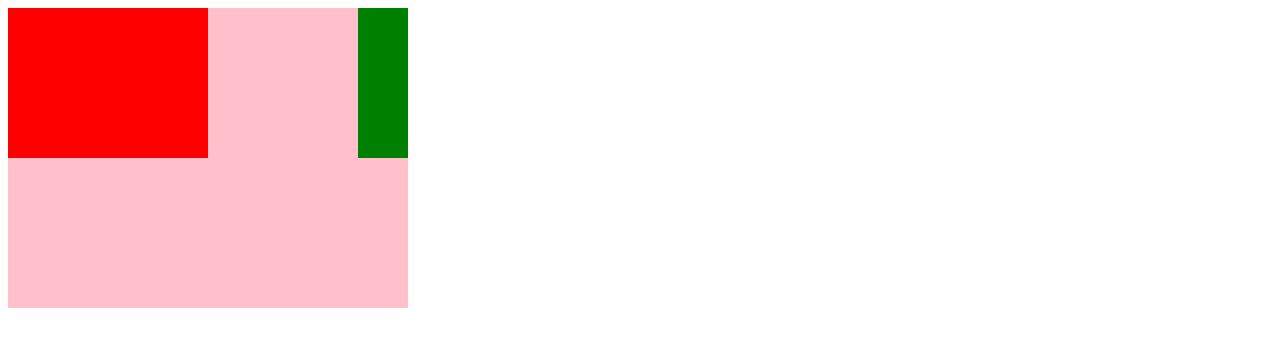
Repository: seleniadelgado/meda-spring2020-angie
Page: practice/css/week_4/grid.html
The author's editor kept a copy of each file at every save. The page is drawn from the files as they stood at one save, then again after a run of saves.
The browser window is 1280 px wide. The pictures show the whole page.

Above is the page before, as saved 2020-02-13 12:43:30.

After the next 2 saves:
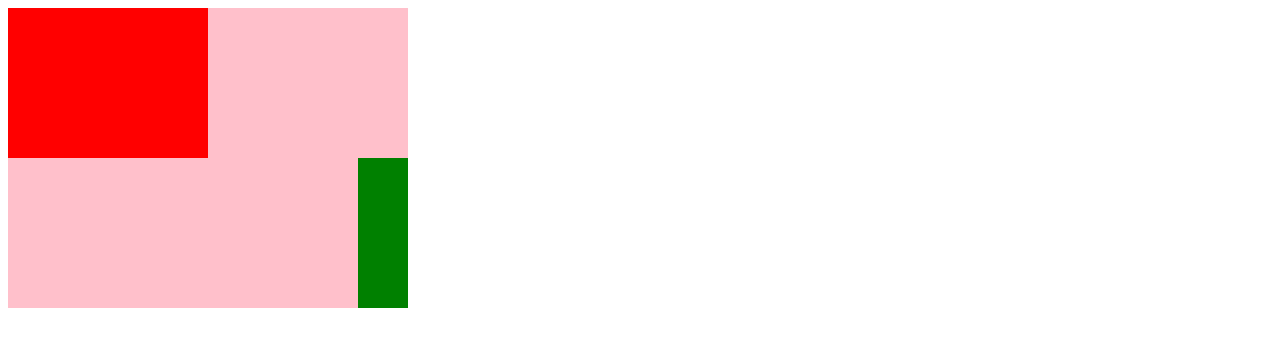
The 2 saves are shown as one change because they came seconds apart.
The last was saved 32 s later.
--- a/practice/css/week_4/grid.html
+++ b/practice/css/week_4/grid.html
@@ -24,7 +24,8 @@
         background-color: green;
         grid-column-start: 4;
         grid-column-end: 5;
-
+        grid-row-start: 1;
+        grid-row-start: 2;
     }
 </style>
 </head>

After the save that followed:
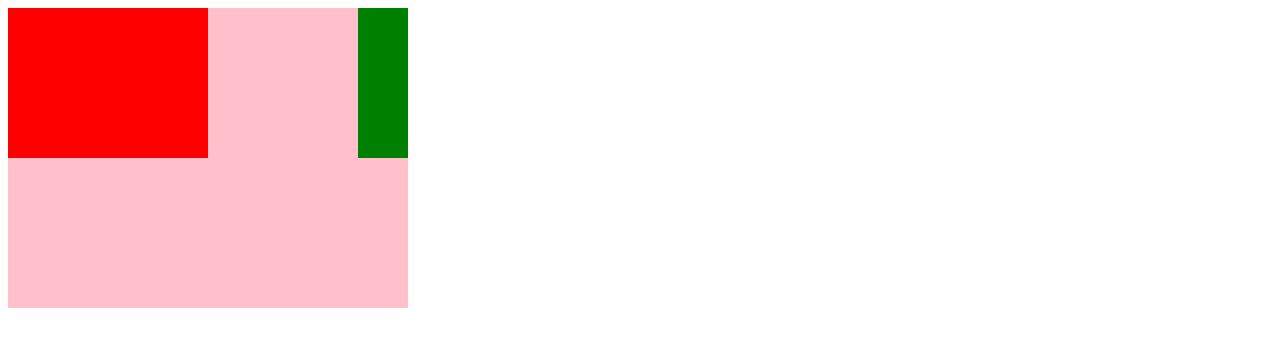
Saved 14 s later.
--- a/practice/css/week_4/grid.html
+++ b/practice/css/week_4/grid.html
@@ -24,8 +24,7 @@
         background-color: green;
         grid-column-start: 4;
         grid-column-end: 5;
-        grid-row-start: 1;
-        grid-row-start: 2;
+
     }
 </style>
 </head>
